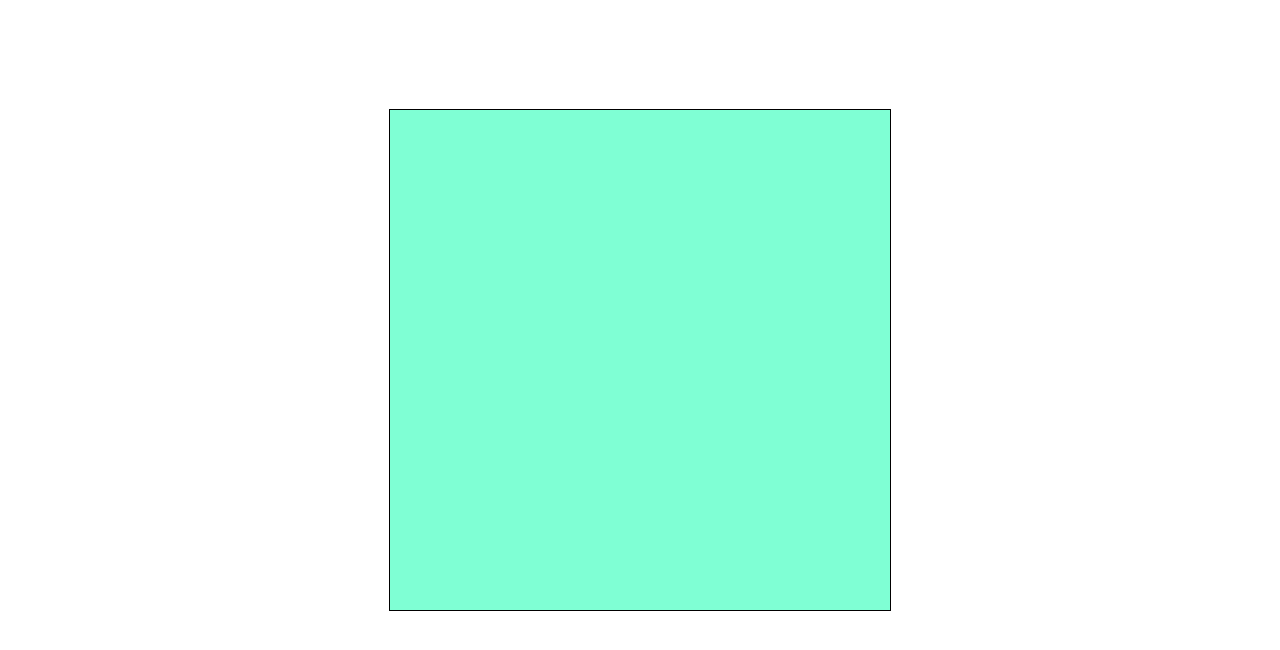
Repository: nasimqureshi/react-tic-tac-toe
Page: /
These files come from the project's save history. The page is drawn as it stood at one moment and after the next save; the edit follows.
The browser window is 1280 px wide. The pictures show the whole page.
The project was rebuilt for these pictures with package versions that can differ from the ones it lists, and the page was loaded fresh each time.

Above is the page before, as saved 2024-10-13 16:01:38.

### src/App.js

import './App.css';
import { useState } from 'react';

function App() {
  const [board, setBoard] = useState(["","","","","","","","",""]);

  return (
    <div className="App">
      <div className='board'>
        <div className='row'></div>
        <div className='row'></div>
        <div className='row'></div>
      </div>
    </div>
  );
}

export default App;

### src/App.css
.App {
  width: 100vw;
  height: 100vh;
  display: flex;
  justify-content: center;
  align-items: center;
}
body {
  margin: 0;
  padding: 0;
}
.board {
  width: 500px;
  height: 500px;
  background-color: aquamarine ;
  border: 1px solid black;
  display: flex;
  flex-direction: column;
}
.board .row {
  display: flex;
  flex: 33%;
  flex-direction: row;
  border:1px sol
}

Loaded but not shown: public/index.html (common file); src/index.js (common file); src/reportWebVitals.js (common file)

After the next save:
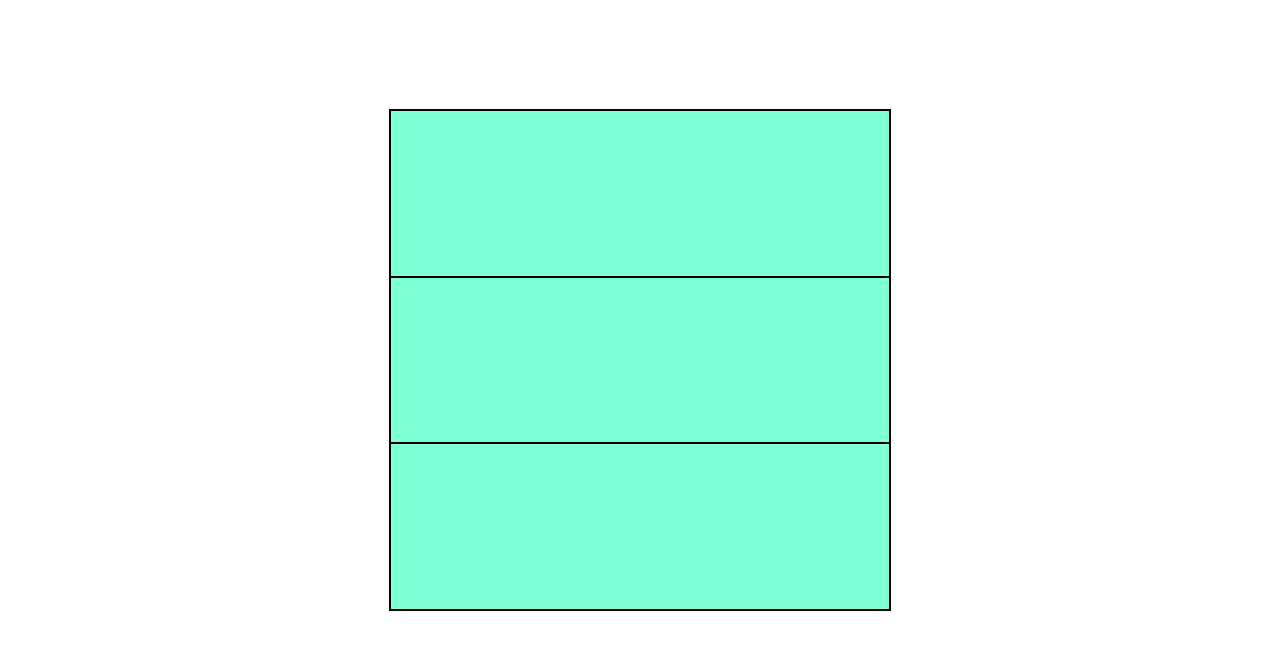
Saved 6 s later.
--- a/src/App.css
+++ b/src/App.css
@@ -21,5 +21,5 @@
   display: flex;
   flex: 33%;
   flex-direction: row;
-  border:1px sol
+  border:1px solid black;
 }

After the 2 saves that followed:
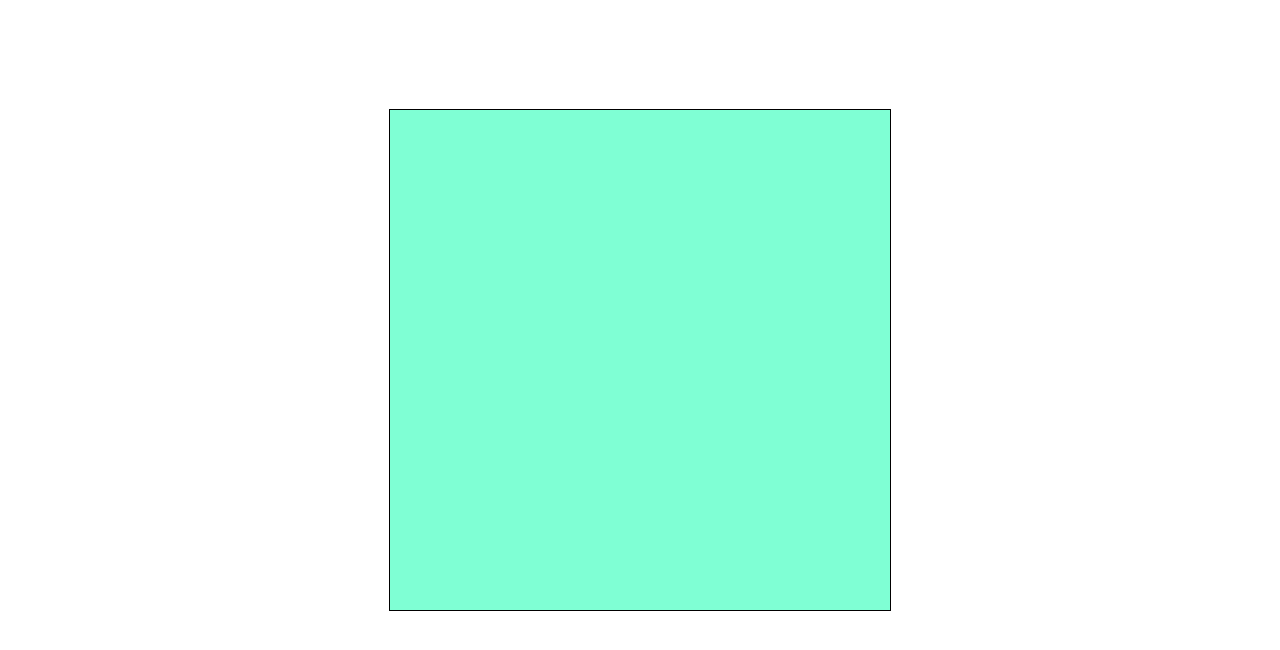
The 2 saves are shown as one change because 1 left the picture as it was.
The last was saved 46 s later.
--- a/src/App.css
+++ b/src/App.css
@@ -21,5 +21,4 @@
   display: flex;
   flex: 33%;
   flex-direction: row;
-  border:1px solid black;
 }
